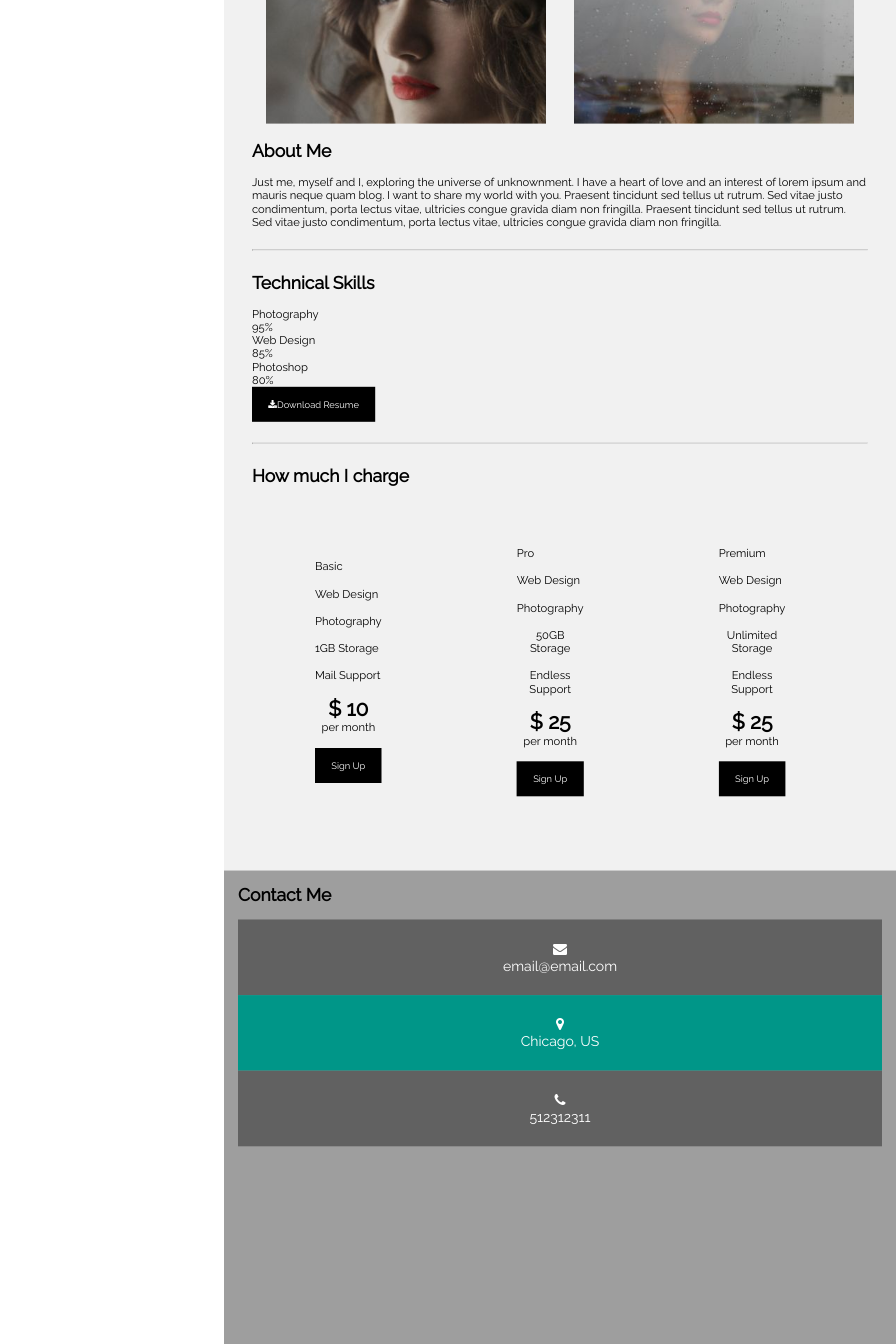
Repository: hesshess/clonecoding-assignment
Page: 5-nature-portfolio/template5.html
These files come from the project's save history. The page is drawn as it stood at one moment and after the next save; the edit follows.
The browser window is 1280 px wide. The pictures show the part of the page from y = 1141 to 3061 px (the page is 3901 px tall), at 70% of full size.

Above is the page before, as saved 2022-03-22 00:24:18.

After the next save:
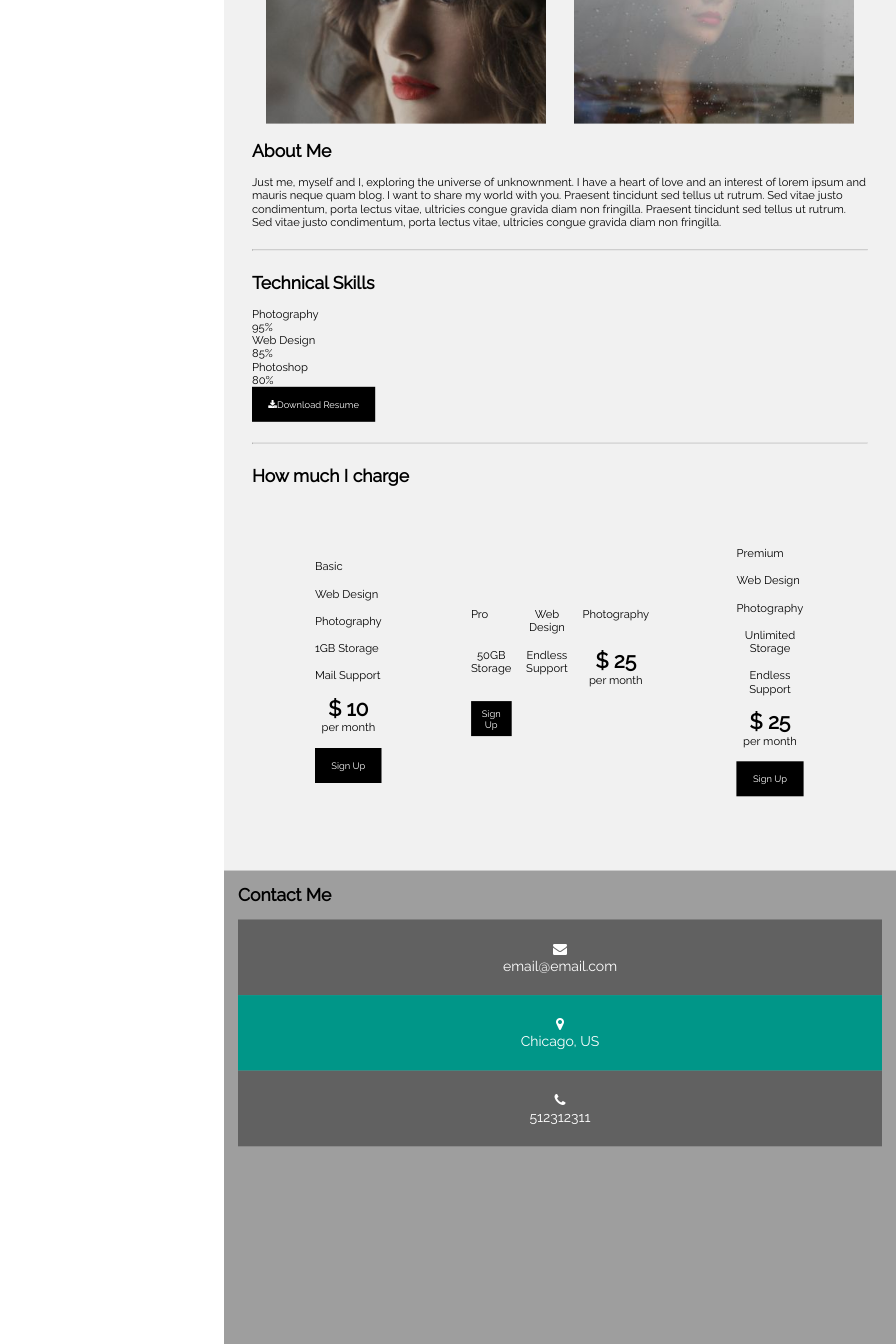
Saved 40 s later.
--- a/5-nature-portfolio/template5.html
+++ b/5-nature-portfolio/template5.html
@@ -205,20 +205,18 @@
             </div>
 
             <div class="price-box-sm">
-              <ul>
-                <li>Pro</li>
-                <li>Web Design</li>
-                <li>Photography</li>
-                <li>50GB Storage</li>
-                <li>Endless Support</li>
-                <li class="column">
-                  <h2>$ 25</h2>
-                  <span>per month</span>
-                </li>
-                <li>
-                  <button style="width: 100%">Sign Up</button>
-                </li>
-              </ul>
+              <li>Pro</li>
+              <li>Web Design</li>
+              <li>Photography</li>
+              <li>50GB Storage</li>
+              <li>Endless Support</li>
+              <li class="column">
+                <h2>$ 25</h2>
+                <span>per month</span>
+              </li>
+              <li>
+                <button style="width: 100%">Sign Up</button>
+              </li>
             </div>
 
             <div class="price-box-sm">

After the save that followed:
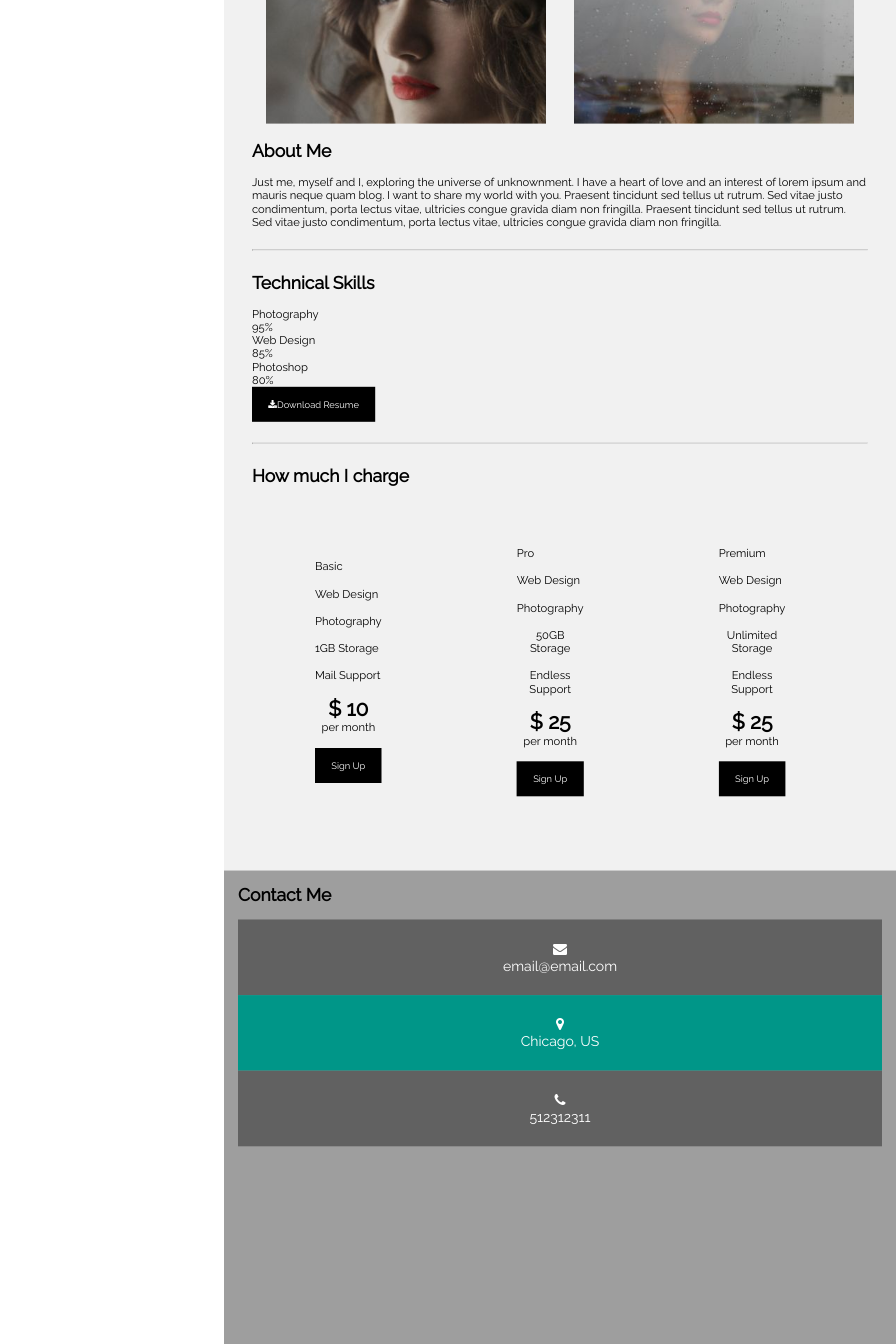
Saved 8 s later.
--- a/5-nature-portfolio/template5.html
+++ b/5-nature-portfolio/template5.html
@@ -205,18 +205,20 @@
             </div>
 
             <div class="price-box-sm">
-              <li>Pro</li>
-              <li>Web Design</li>
-              <li>Photography</li>
-              <li>50GB Storage</li>
-              <li>Endless Support</li>
-              <li class="column">
-                <h2>$ 25</h2>
-                <span>per month</span>
-              </li>
-              <li>
-                <button style="width: 100%">Sign Up</button>
-              </li>
+              <ul>
+                <li>Pro</li>
+                <li>Web Design</li>
+                <li>Photography</li>
+                <li>50GB Storage</li>
+                <li>Endless Support</li>
+                <li class="column">
+                  <h2>$ 25</h2>
+                  <span>per month</span>
+                </li>
+                <li>
+                  <button style="width: 100%">Sign Up</button>
+                </li>
+              </ul>
             </div>
 
             <div class="price-box-sm">
